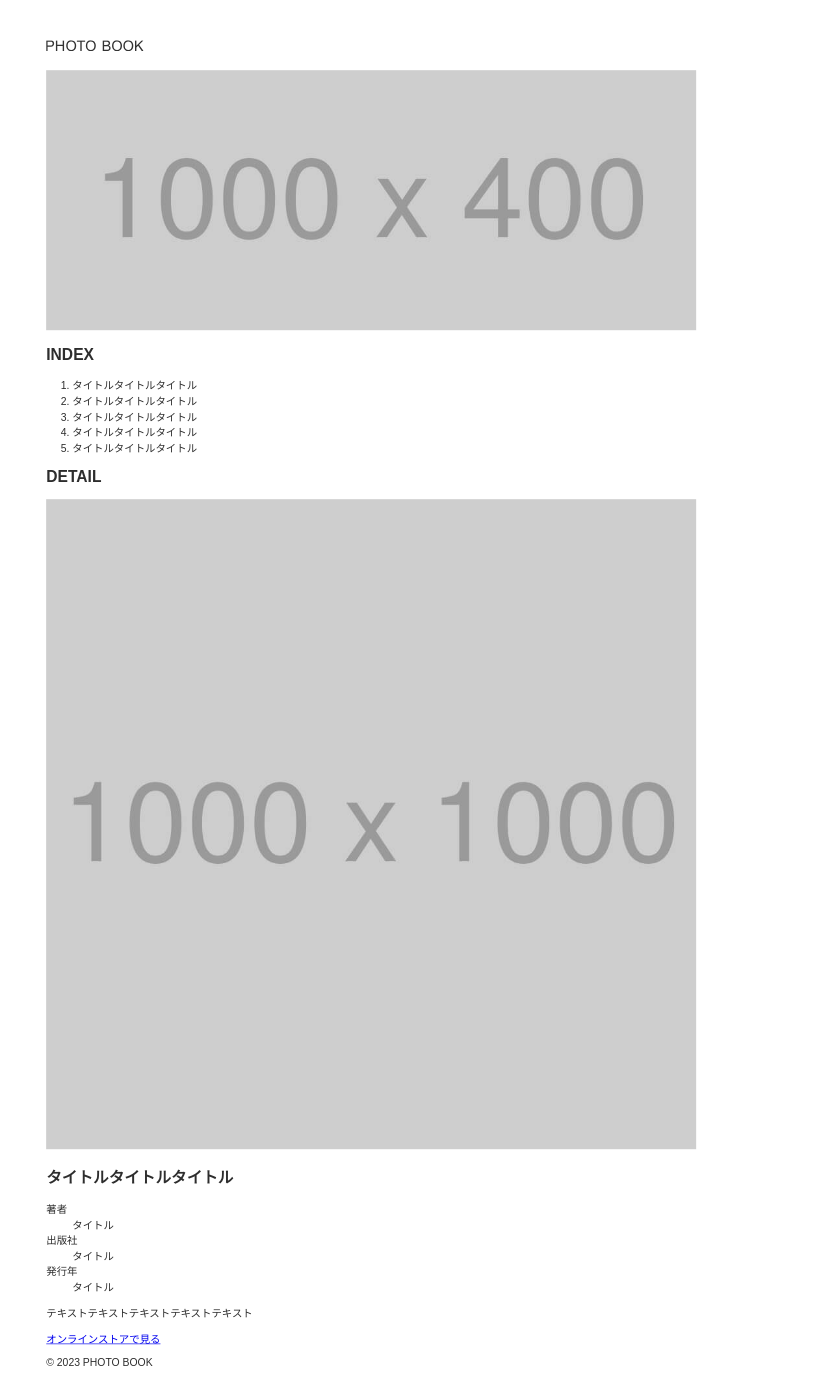
Repository: Fuki-san/photo-book-1
Page: http://localhost/photo
These files come from the project's save history. The page is drawn as it stood at one moment and after a run of saves; the edit follows.
The browser window is 1280 px wide. The pictures show the whole page, at 65% of full size.
The page is served by the project's Laravel application, run on PHP 8.4 with Laravel 10.

Above is the page before, as saved 2023-11-26 15:51:27.

After the next 2 saves:
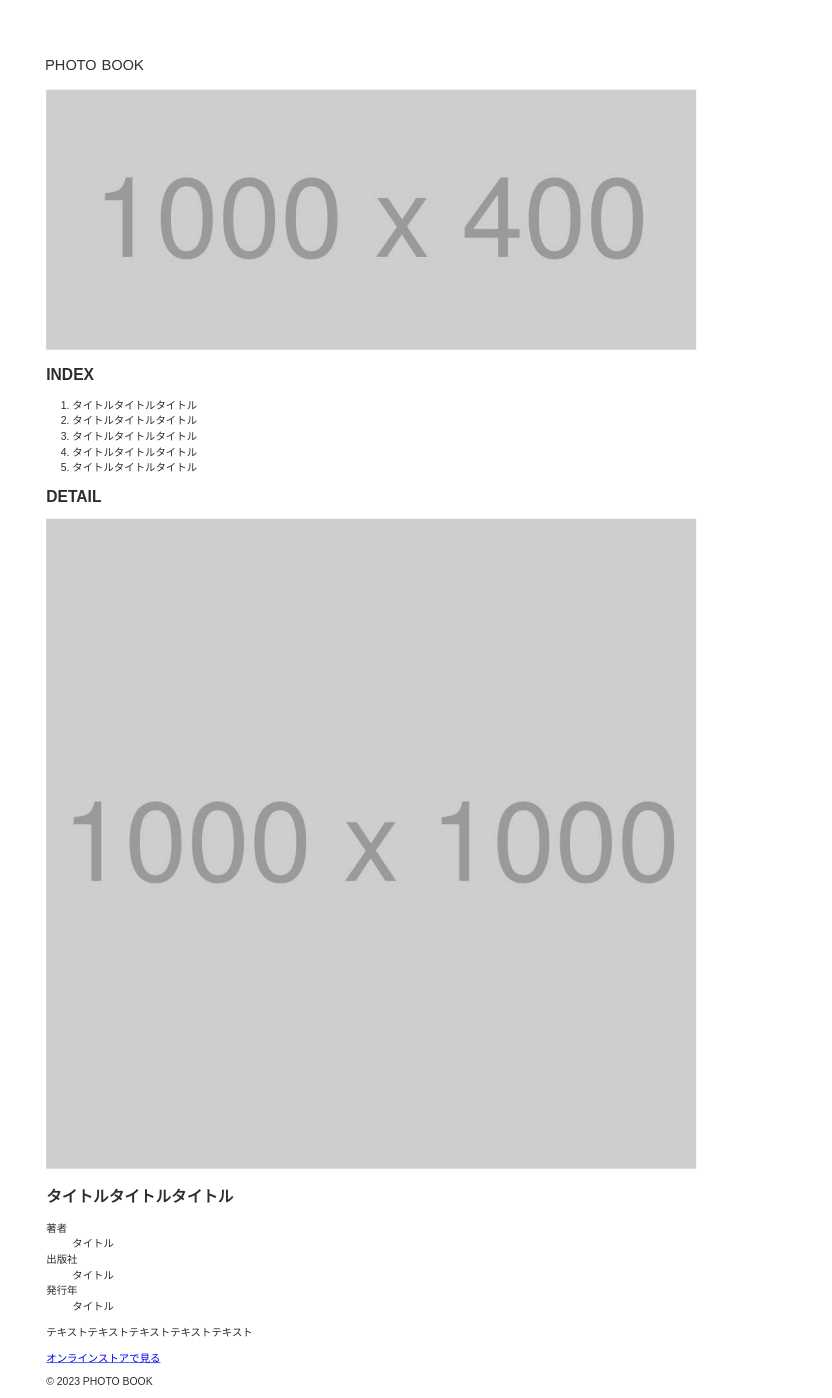
The 2 saves are shown as one change because they came seconds apart.
The last was saved 11 s later.
--- a/public/css/style.css
+++ b/public/css/style.css
@@ -22,5 +22,5 @@
 }
 #header{
     margin-bottom: 10px;
-    margin-top: 50px;
+    padding-top: 50px;
 }
